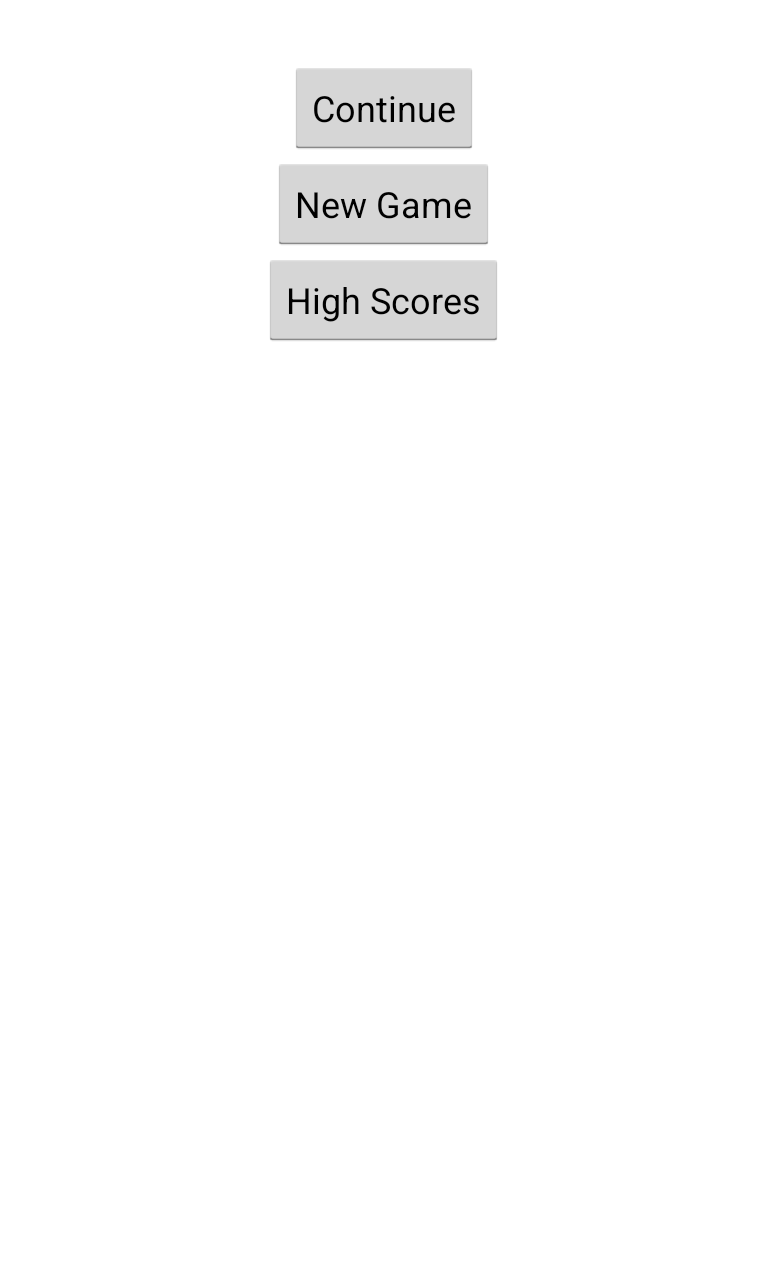
Repository: wsovran/group4
Layout: workspace/Archer/res/layout/activity_main.xml
These files come from the project's save history. The layout is drawn as it stood at one moment and after the next save; the edit follows.
It is drawn on a 768 x 1280 px phone screen (xhdpi) without system bars, with theme AppTheme; the app's code is not run.

Above is the layout before, as saved 2014-03-24 21:45:16.

### workspace/Archer/res/layout/activity_main.xml
<RelativeLayout xmlns:android="http://schemas.android.com/apk/res/android"
    xmlns:tools="http://schemas.android.com/tools"
    android:layout_width="match_parent"
    android:layout_height="match_parent"
    android:paddingBottom="@dimen/activity_vertical_margin"
    android:paddingLeft="@dimen/activity_horizontal_margin"
    android:paddingRight="@dimen/activity_horizontal_margin"
    android:paddingTop="@dimen/activity_vertical_margin"
    tools:context=".MainActivity" >

    <Button
        android:id="@+id/button2"
        android:layout_width="wrap_content"
        android:layout_height="wrap_content"
        android:layout_alignParentTop="true"
        android:layout_centerHorizontal="true"
        android:layout_marginTop="14dp"
        android:text="@string/ContinueGame" />

    <Button
        android:id="@+id/button1"
        android:layout_width="wrap_content"
        android:layout_height="wrap_content"
        android:layout_below="@+id/button2"
        android:layout_centerHorizontal="true"
        android:text="@string/NewGame" />

    <Button
        android:id="@+id/button3"
        android:layout_width="wrap_content"
        android:layout_height="wrap_content"
        android:layout_below="@+id/button1"
        android:layout_centerHorizontal="true"
        android:text="@string/HighScores" />

</RelativeLayout>

### workspace/Archer/res/values/strings.xml
<?xml version="1.0" encoding="utf-8"?>
<resources>

    <string name="app_name">Archer</string>
    <string name="action_settings">Settings</string>
    <string name="hello_world">Hello world!</string>
    <string name="NewGame">New Game</string>
    <string name="ContinueGame">Continue</string>
    <string name="HighScores">High Scores</string>
    <string name="Options">Options</string>
    <string name="Tutorial">Tutorial</string>

</resources>

Loaded but not shown: workspace/Archer/res/values/styles.xml (common file); workspace/Archer/res/values-v11/styles.xml (common file); workspace/Archer/res/values-v14/styles.xml (common file); workspace/Archer/res/values/dimens.xml (common file)

After the next save:
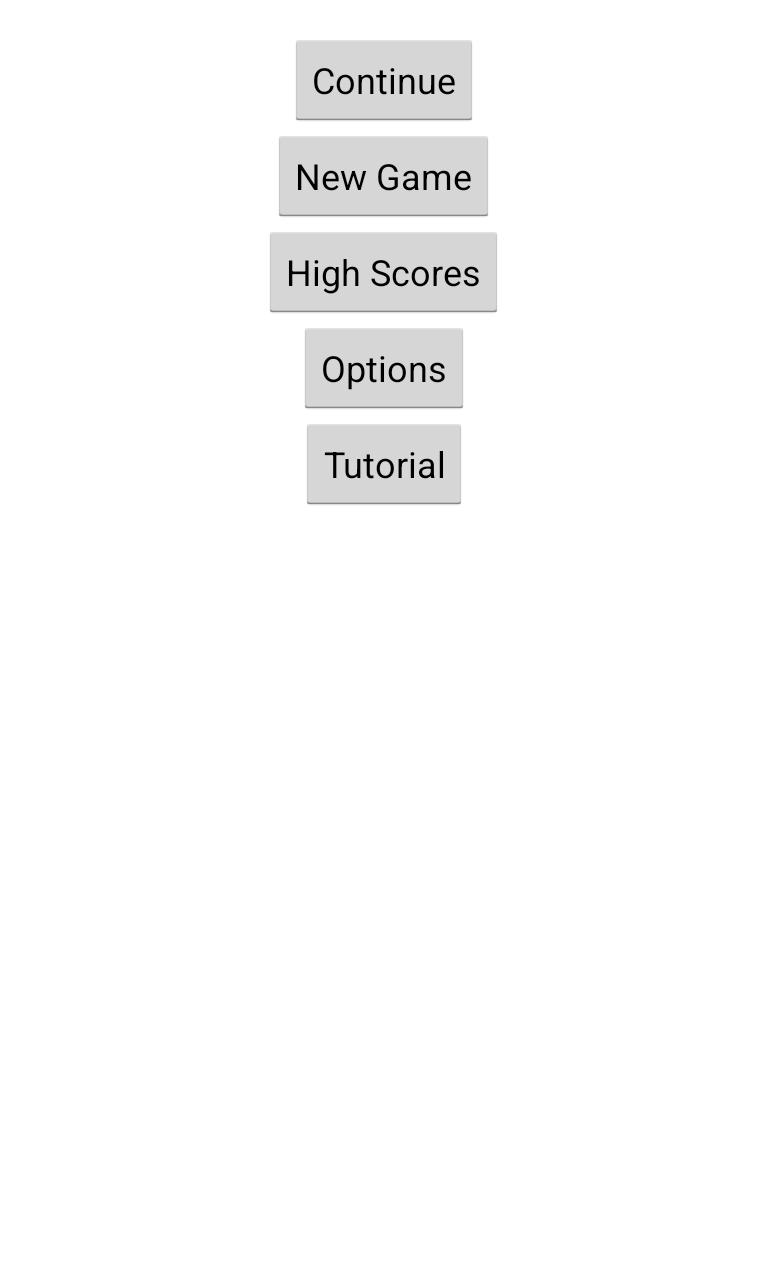
Saved 30 s later.
--- a/workspace/Archer/res/layout/activity_main.xml
+++ b/workspace/Archer/res/layout/activity_main.xml
@@ -14,7 +14,6 @@
         android:layout_height="wrap_content"
         android:layout_alignParentTop="true"
         android:layout_centerHorizontal="true"
-        android:layout_marginTop="14dp"
         android:text="@string/ContinueGame" />
 
     <Button
@@ -33,4 +32,20 @@
         android:layout_centerHorizontal="true"
         android:text="@string/HighScores" />
 
+    <Button
+        android:id="@+id/button4"
+        android:layout_width="wrap_content"
+        android:layout_height="wrap_content"
+        android:layout_below="@+id/button3"
+        android:layout_centerHorizontal="true"
+        android:text="@string/Options" />
+
+    <Button
+        android:id="@+id/button5"
+        android:layout_width="wrap_content"
+        android:layout_height="wrap_content"
+        android:layout_below="@+id/button4"
+        android:layout_centerHorizontal="true"
+        android:text="@string/Tutorial" />
+
 </RelativeLayout>
